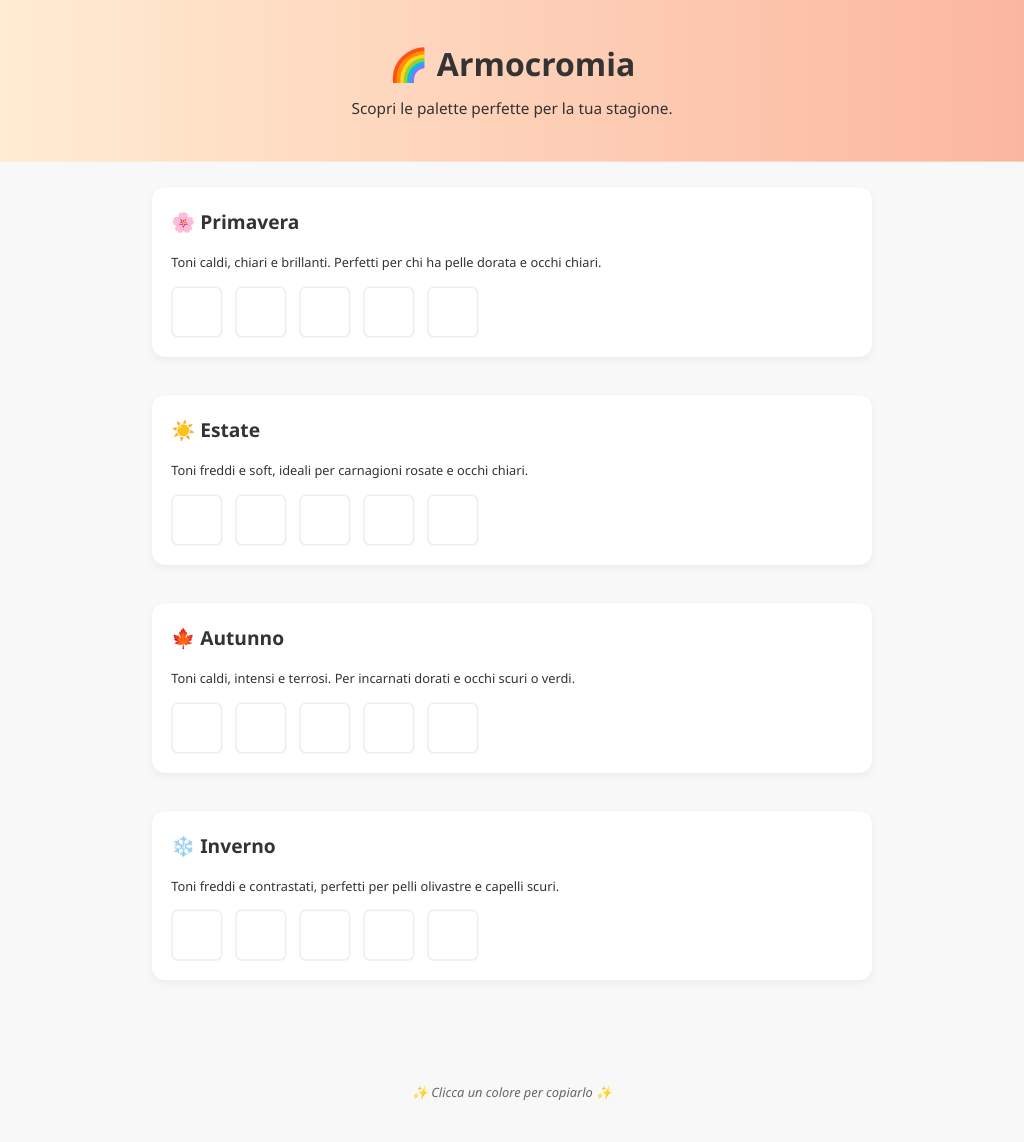
Repository: Probyte5D/Armocromia-website
Page: index.html
These files come from the project's save history. The page is drawn as it stood at one moment and after the next save; the edit follows.
The browser window is 1280 px wide. The pictures show the whole page, at 80% of full size.

Above is the page before, as saved 2025-04-17 20:01:54.

### index.html
<!DOCTYPE html>
<html lang="it">
<head>
  <meta charset="UTF-8" />
  <meta name="viewport" content="width=device-width, initial-scale=1.0" />
  <title>Armocromia - Scopri la tua stagione</title>
  <link rel="stylesheet" href="style.css" />
</head>
<body>
  <header>
    <h1>🌈 Armocromia</h1>
    <p>Scopri le palette perfette per la tua stagione.</p>
  </header>

  <main>
    <section class="season primavera">
      <h2>🌸 Primavera</h2>
      <p>Toni caldi, chiari e brillanti. Perfetti per chi ha pelle dorata e occhi chiari.</p>
      <div class="palette">
        <div class="color" data-color="#FFD1DC"></div>
        <div class="color" data-color="#FFFACD"></div>
        <div class="color" data-color="#E0BBE4"></div>
        <div class="color" data-color="#FFB347"></div>
        <div class="color" data-color="#B5EAD7"></div>
      </div>
    </section>

    <section class="season estate">
      <h2>☀️ Estate</h2>
      <p>Toni freddi e soft, ideali per carnagioni rosate e occhi chiari.</p>
      <div class="palette">
        <div class="color" data-color="#BFD7EA"></div>
        <div class="color" data-color="#D6E2E9"></div>
        <div class="color" data-color="#A2D2FF"></div>
        <div class="color" data-color="#CDB4DB"></div>
        <div class="color" data-color="#E2F0CB"></div>
      </div>
    </section>

    <section class="season autunno">
      <h2>🍁 Autunno</h2>
      <p>Toni caldi, intensi e terrosi. Per incarnati dorati e occhi scuri o verdi.</p>
      <div class="palette">
        <div class="color" data-color="#D2691E"></div>
        <div class="color" data-color="#C3B091"></div>
        <div class="color" data-color="#A0522D"></div>
        <div class="color" data-color="#F4A460"></div>
        <div class="color" data-color="#B22222"></div>
      </div>
    </section>

    <section class="season inverno">
      <h2>❄️ Inverno</h2>
      <p>Toni freddi e contrastati, perfetti per pelli olivastre e capelli scuri.</p>
      <div class="palette">
        <div class="color" data-color="#000000"></div>
        <div class="color" data-color="#4169E1"></div>
        <div class="color" data-color="#8A2BE2"></div>
        <div class="color" data-color="#FF1493"></div>
        <div class="color" data-color="#00CED1"></div>
      </div>
    </section>
  </main>

  <footer>
    <p>✨ Clicca un colore per copiarlo ✨</p>
  </footer>

  <script src="script.js"></script>
</body>
</html>

### style.css
body {
  margin: 0;
  font-family: 'Segoe UI', sans-serif;
  background: #f8f8f8;
  color: #333;
  line-height: 1.6;
}

header {
  text-align: center;
  padding: 3rem 1rem 2rem;
  background: linear-gradient(to right, #ffecd2, #fcb69f);
}

header h1 {
  font-size: 2.5rem;
  margin: 0;
}

header p {
  font-size: 1.2rem;
  margin-top: 0.5rem;
}

main {
  max-width: 900px;
  margin: 0 auto;
  padding: 2rem;
}

.season {
  margin-bottom: 3rem;
  padding: 1.5rem;
  border-radius: 1rem;
  background-color: #fff;
  box-shadow: 0 4px 10px rgba(0, 0, 0, 0.05);
}

.season h2 {
  margin-top: 0;
}

.palette {
  display: flex;
  gap: 1rem;
  margin-top: 1rem;
}

.color {
  width: 60px;
  height: 60px;
  border-radius: 8px;
  cursor: pointer;
  transition: transform 0.2s;
  border: 2px solid #eee;
}

.color:hover {
  transform: scale(1.1);
  border-color: #999;
}

footer {
  text-align: center;
  padding: 2rem;
  font-style: italic;
  color: #666;
}

### script.js
function generaColore() {
  const lettere = "0123456789ABCDEF";
  let colore = "#";
  for (let i = 0; i < 6; i++) {
    colore += lettere[Math.floor(Math.random() * 16)];
  }
  return colore;
}

function cambiaColore() {
  const nuovoColore = generaColore();
  document.body.style.backgroundColor = nuovoColore;
  document.getElementById("colorCode").textContent = nuovoColore;
}

After the next save:
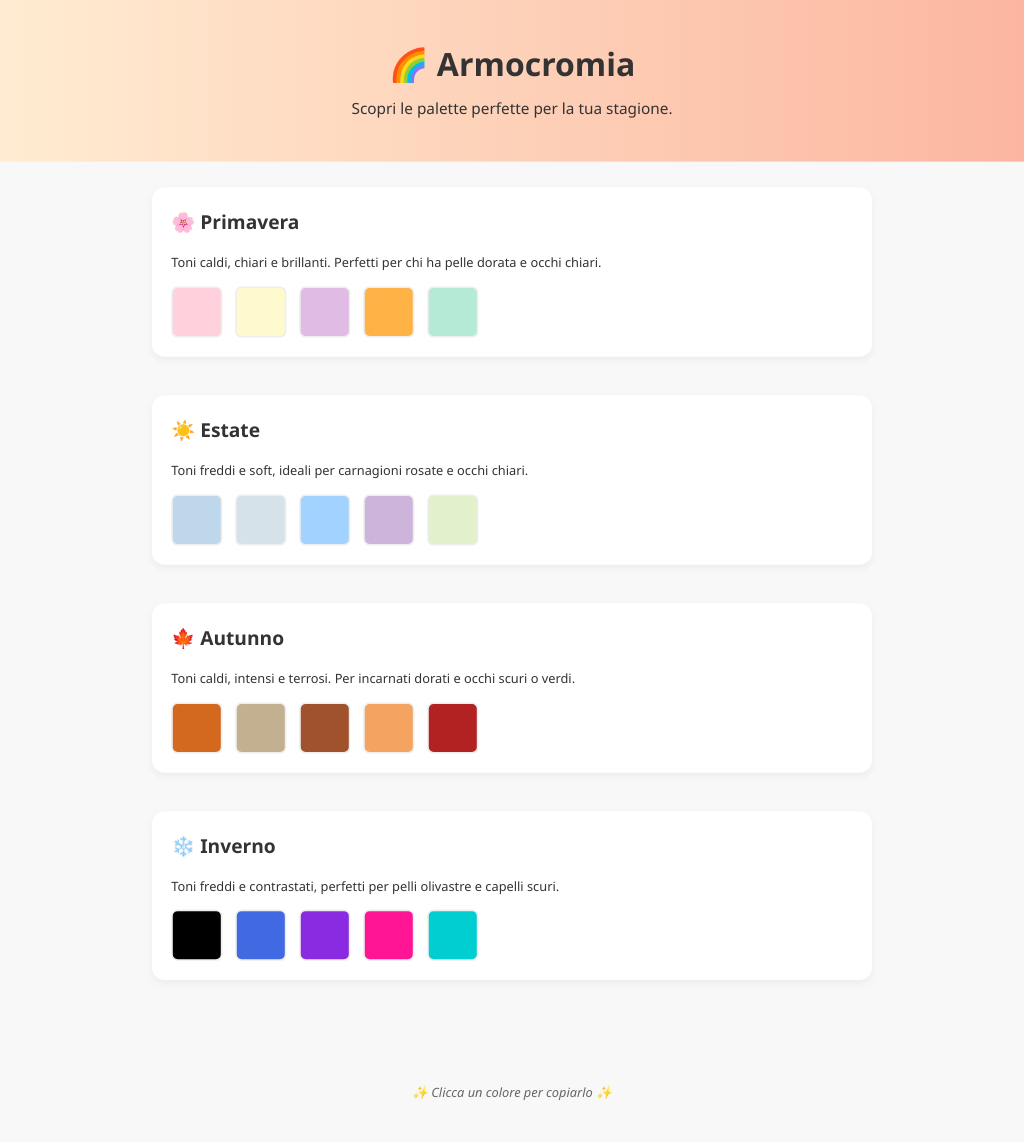
Saved 8 s later.
--- a/script.js
+++ b/script.js
@@ -1,14 +1,11 @@
-function generaColore() {
-  const lettere = "0123456789ABCDEF";
-  let colore = "#";
-  for (let i = 0; i < 6; i++) {
-    colore += lettere[Math.floor(Math.random() * 16)];
-  }
-  return colore;
-}
+document.querySelectorAll(".color").forEach((div) => {
+  div.style.backgroundColor = div.dataset.color;
 
-function cambiaColore() {
-  const nuovoColore = generaColore();
-  document.body.style.backgroundColor = nuovoColore;
-  document.getElementById("colorCode").textContent = nuovoColore;
-}
+  div.addEventListener("click", () => {
+    const colorCode = div.dataset.color;
+    navigator.clipboard.writeText(colorCode).then(() => {
+      div.style.outline = "3px solid #222";
+      setTimeout(() => div.style.outline = "none", 1000);
+    });
+  });
+});
